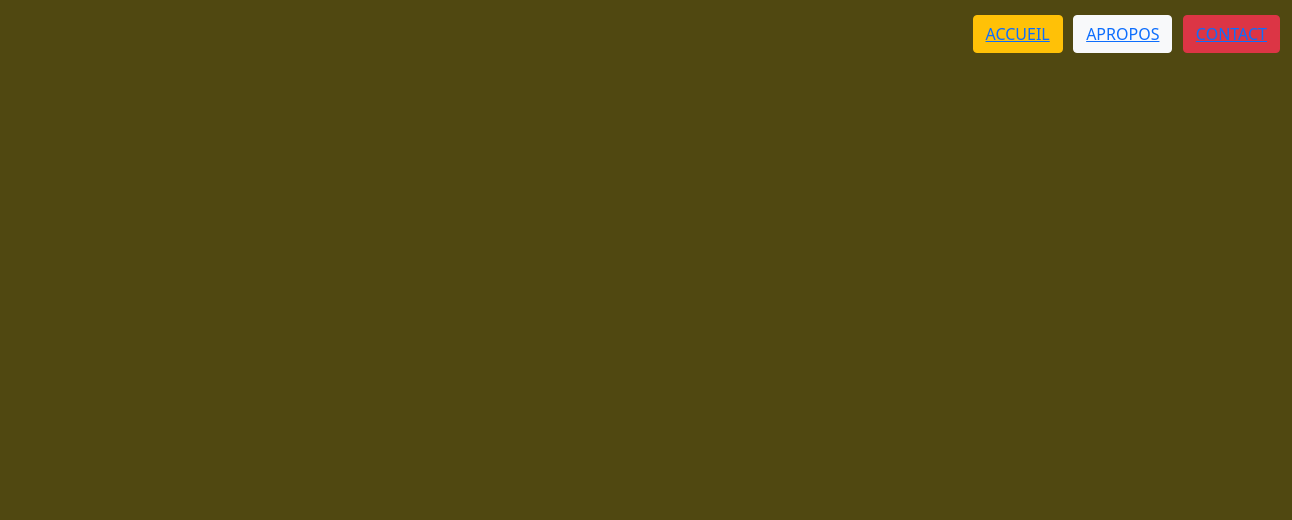
Repository: zezesylvain/cours-l3-info-2023-2024
Page: k.obite/Tp 2/Tp2/contact.html
An editor plug-in stored every save of this project. The page is shown before and after the next save, followed by the edit.
The browser window is 1280 px wide. The page is 1280 px wide, then 1292 px, so the pictures cover 1292 px, including what lies to the right of the window. The pictures show the part of the page from y = 200 to 1026 px (the page is 720 px tall before and 1026 px after).

Above is the page before, as saved 2021-12-15 10:29:55.

After the next save:
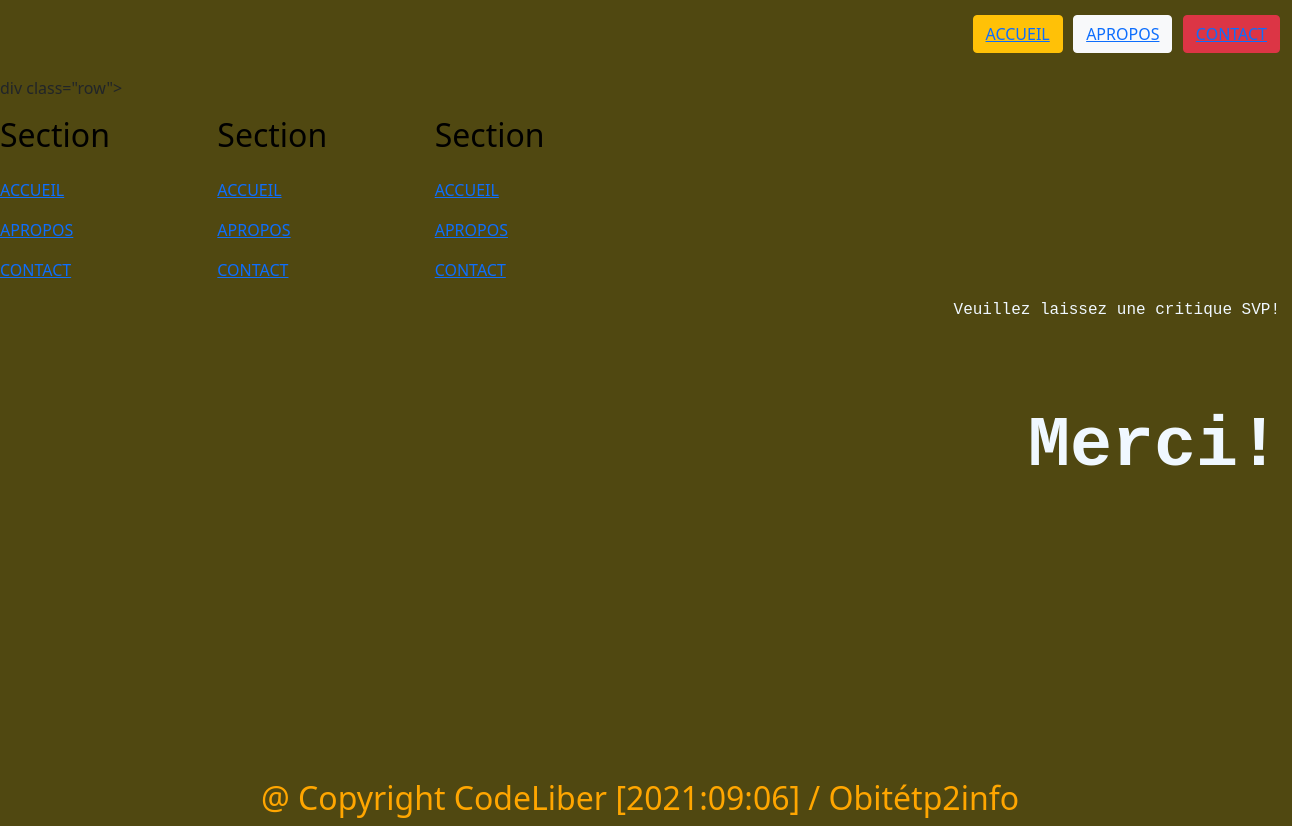
Saved 8 s later.
--- a/k.obite/Tp 2/Tp2/contact.html
+++ b/k.obite/Tp 2/Tp2/contact.html
@@ -75,7 +75,74 @@
 
 
 
+  div class="row">
 
+  <p  class="col-md-6" id="fichier111">
+
+    <div class="row">
+   <h2 class="col-md-2"> Section </h2>
+   <h2 class="col-md-2"> Section </h2>
+   <h2 class="col-md-2"> Section </h2>
+
+ </div>
+ </p>
+
+  <p class="row">
+
+   <a class="col-md-2" href="index.html"> ACCUEIL  </a>
+  <a  class="col-md-2" href="Index.html"> ACCUEIL </a>
+  <a class="col-md-2" href="Index.html"> ACCUEIL </a>
+  </p>
+
+  <p class="row">
+
+  <a class="col-md-2" href="about.html">  APROPOS  </a>
+  <a class="col-md-2" href="Index.html"> APROPOS </a>
+  <a class="col-md-2" href="Index.html"> APROPOS </a>
+  </p>
+
+  <p class="row">
+
+  <a class="col-md-2" href="contact.html"> CONTACT  </a>
+  <a class="col-md-2" href="Index.html"> CONTACT </a>
+  <a class="col-md-2" href="Index.html"> CONTACT </a>
+  </p>
+
+  <p id="deco2" class="col-md-12"> Veuillez laissez une critique SVP!
+    <br>
+    <br>
+    <br>
+    <br>
+
+   <b id="merci"> Merci!</b>
+
+ </p>
+
+  </p>
+
+
+<br>
+<br>
+<br>
+
+
+ </div>
+
+ </div>
+
+ <br>
+ <br>
+ <br>
+ <br>
+ <br>
+ <br>
+ <br>
+ <br>
+
+
+ <footer>
+   <h2 id="copy"> @ Copyright CodeLiber [2021:09:06] / Obitétp2info </h2>
+</footer>
 
     <!-- Optional JavaScript; choose one of the two! -->
 
